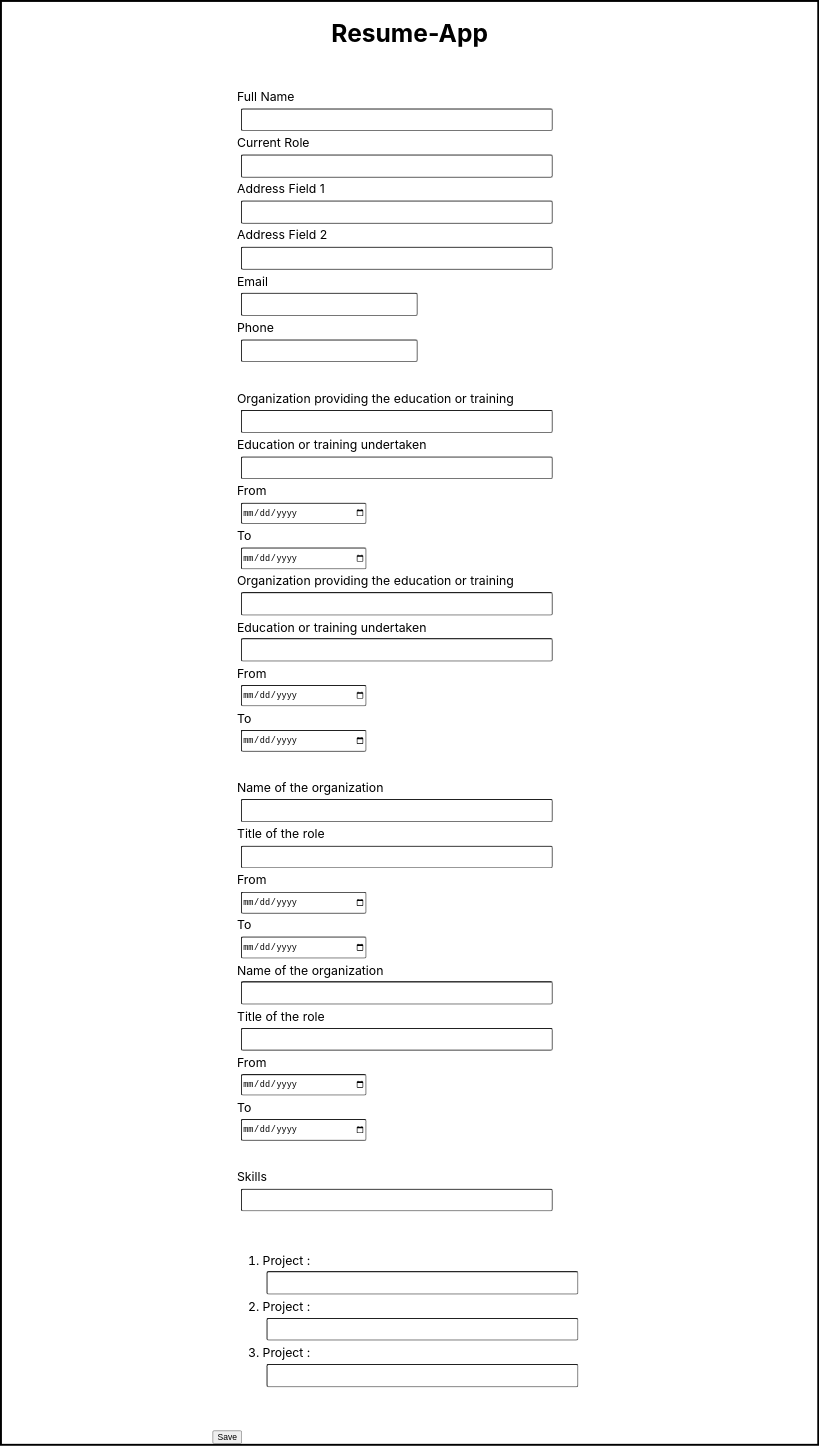
Repository: 0101chaitanya/resume-app
Page: /
An editor plug-in stored every save of this project. The page is shown before and after the next save, followed by the edit.
The browser window is 1280 px wide. The pictures show the whole page, at 64% of full size.
The project was rebuilt for these pictures with package versions that can differ from the ones it lists, and the page was loaded fresh each time.

Above is the page before, as saved 2021-07-28 15:46:30.

After the next save:
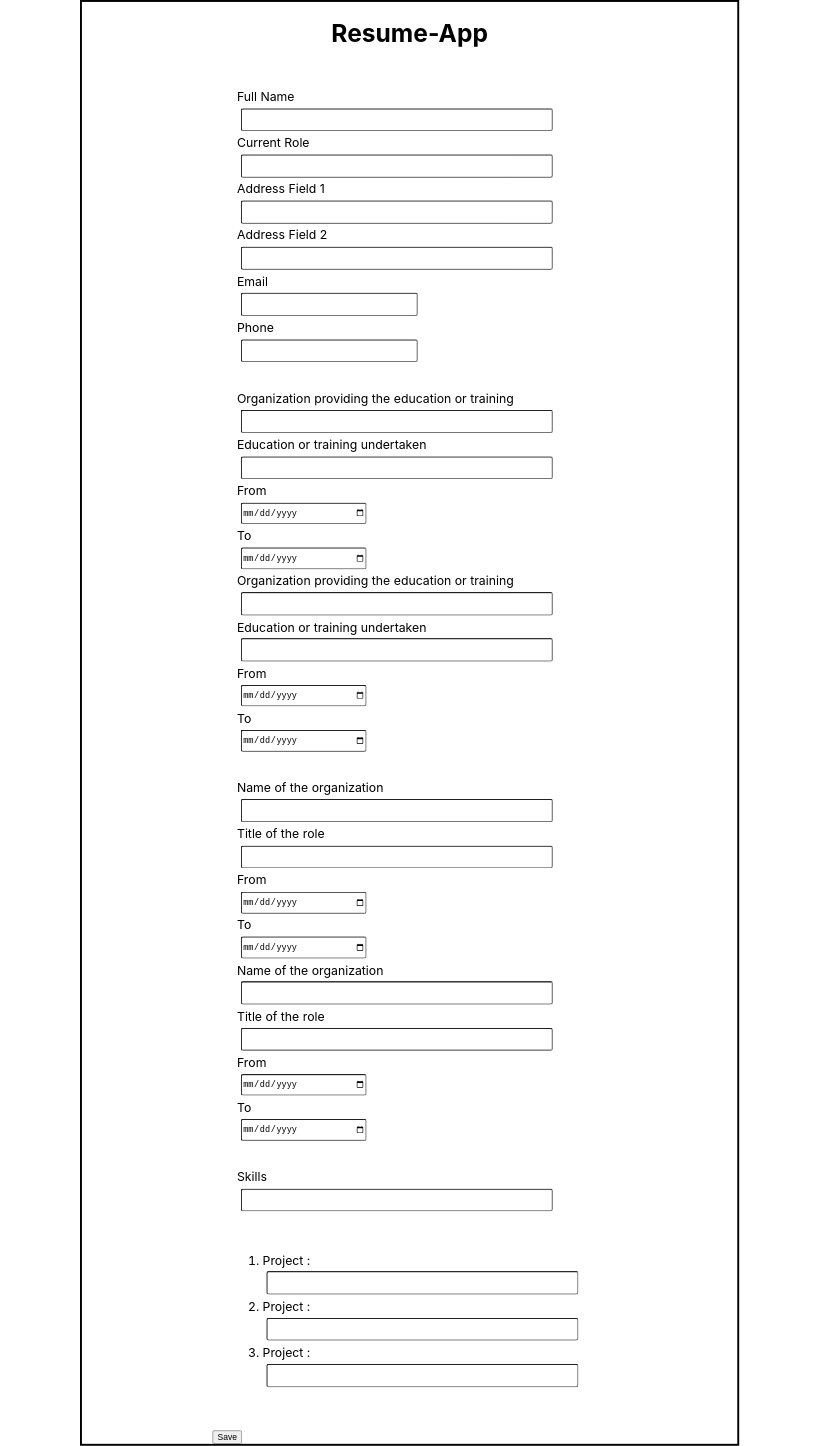
Saved 26 s later.
--- a/src/App.css
+++ b/src/App.css
@@ -11,6 +11,7 @@ input {
   flex-direction: column;
   align-items: center;
   border: 0.2rem solid;
+  width: 80vw;
 }
 
 h1 {
